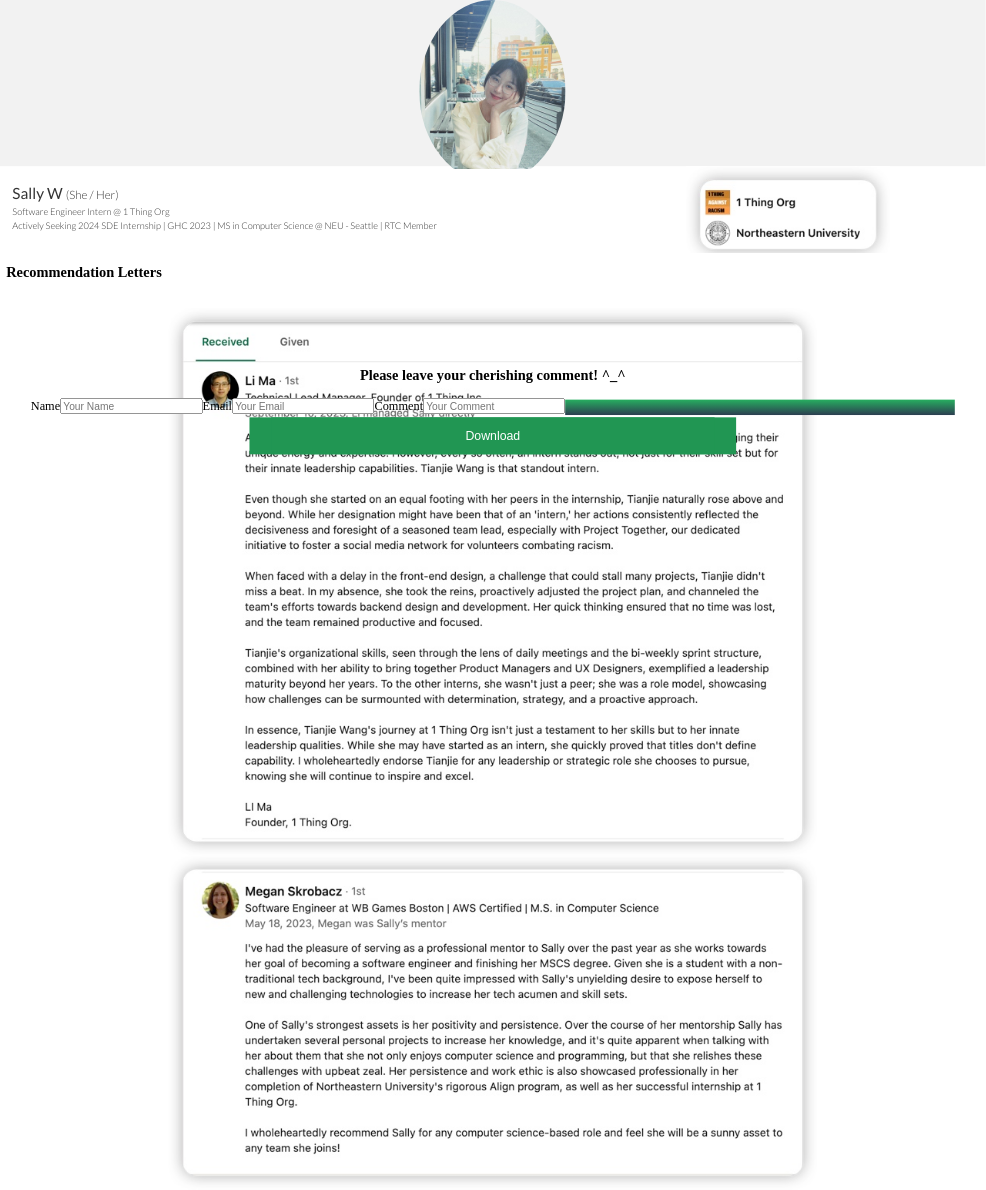
Repository: tianjiewang2022/digital-namecard
Page: recommendation_page.html
These files come from the project's save history. The page is drawn as it stood at one moment and after the next save; the edit follows.
The browser window is 1280 px wide. The pictures show the whole page, at 77% of full size.
Some web fonts or font styles are not loaded; a fallback is used.

Above is the page before, as saved 2023-10-16 02:56:28.

After the next save:
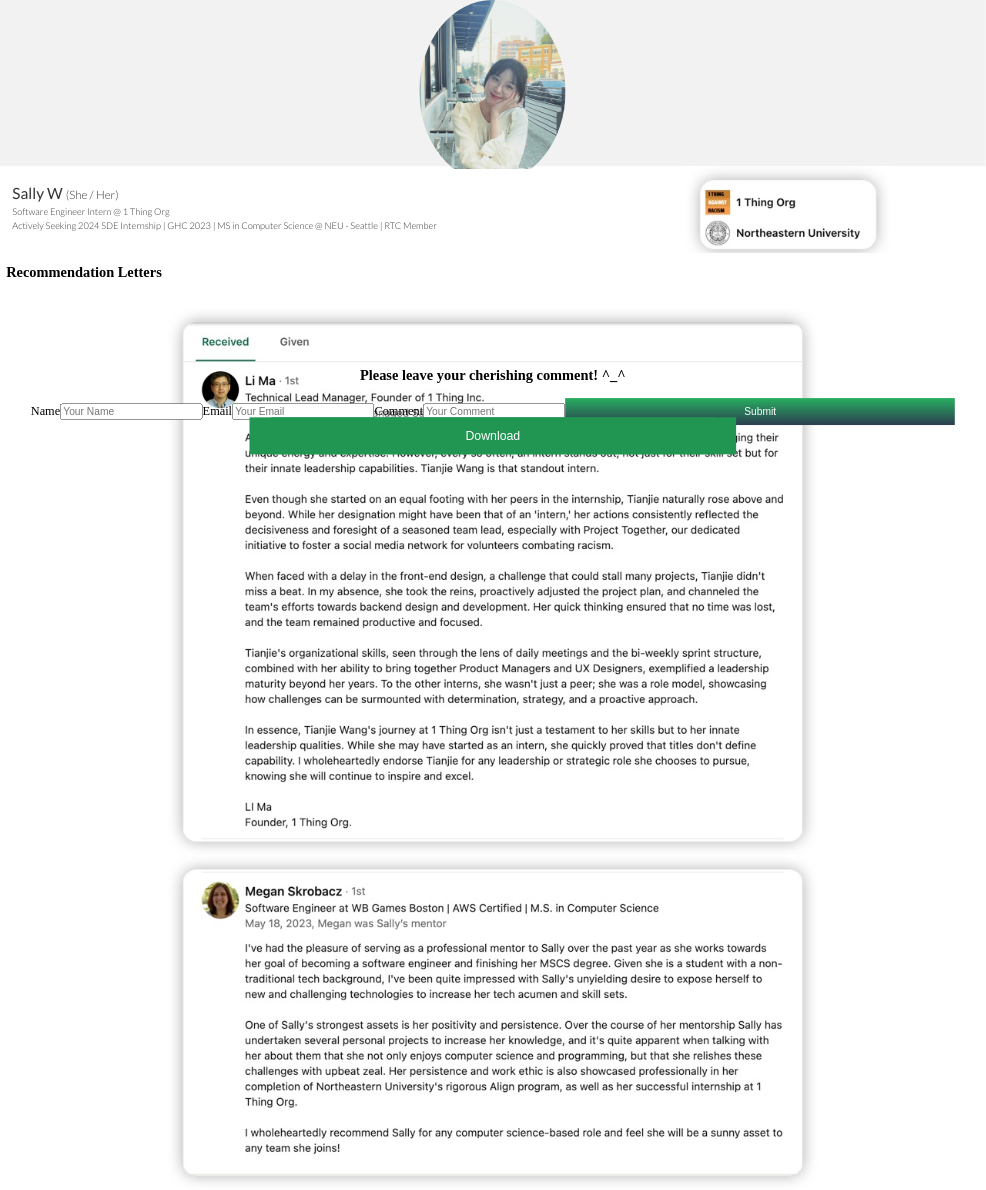
Saved 6 min 32 s later.
--- a/main.css
+++ b/main.css
@@ -170,7 +170,7 @@
 	font-size: 12px;
 }
 
-button,
+
 .button {
 	background-color: #219653;
 	height: 23%;
